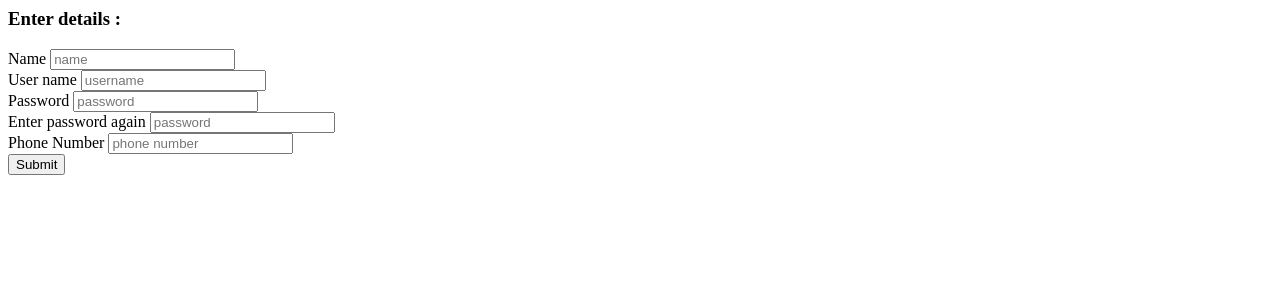
Repository: ApoorvaMishra4/Bootcamp
Page: http://localhost/Login/
These files come from the project's save history. The page is drawn as it stood at one moment and after the next save; the edit follows.
The browser window is 1280 px wide. The pictures show the whole page.
The page is served by Tomcat 9.

Above is the page before, as saved 2018-08-09 04:04:23.

After the next save:
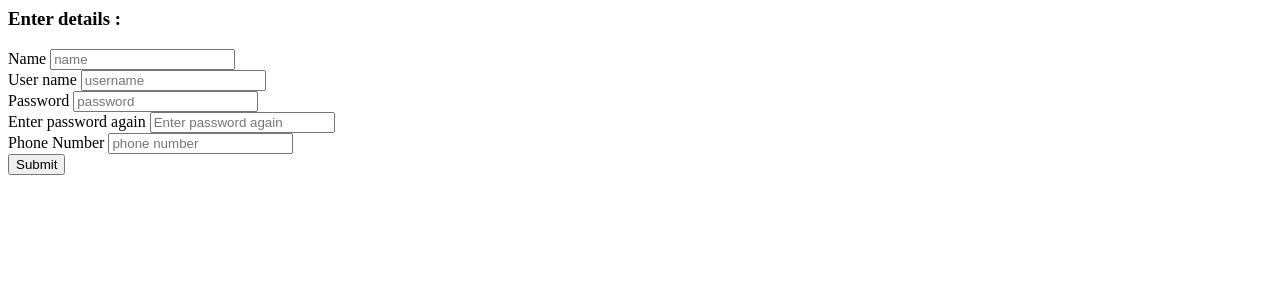
Saved 22 s later.
--- a/Login/src/main/webapp/index.jsp
+++ b/Login/src/main/webapp/index.jsp
@@ -16,7 +16,7 @@
 <input type="password" name="password"  placeholder="password">
 <br>
 <label for="reEnterPassword">Enter password again</label>
-<input type="password" name="password"  placeholder="password">
+<input type="password" name="reEnterPassword"  placeholder="Enter password again">
 <br>
 <label for="phoneNumber">Phone Number</label>
 <input type="text" name="phoneNumber"  placeholder="phone number">
